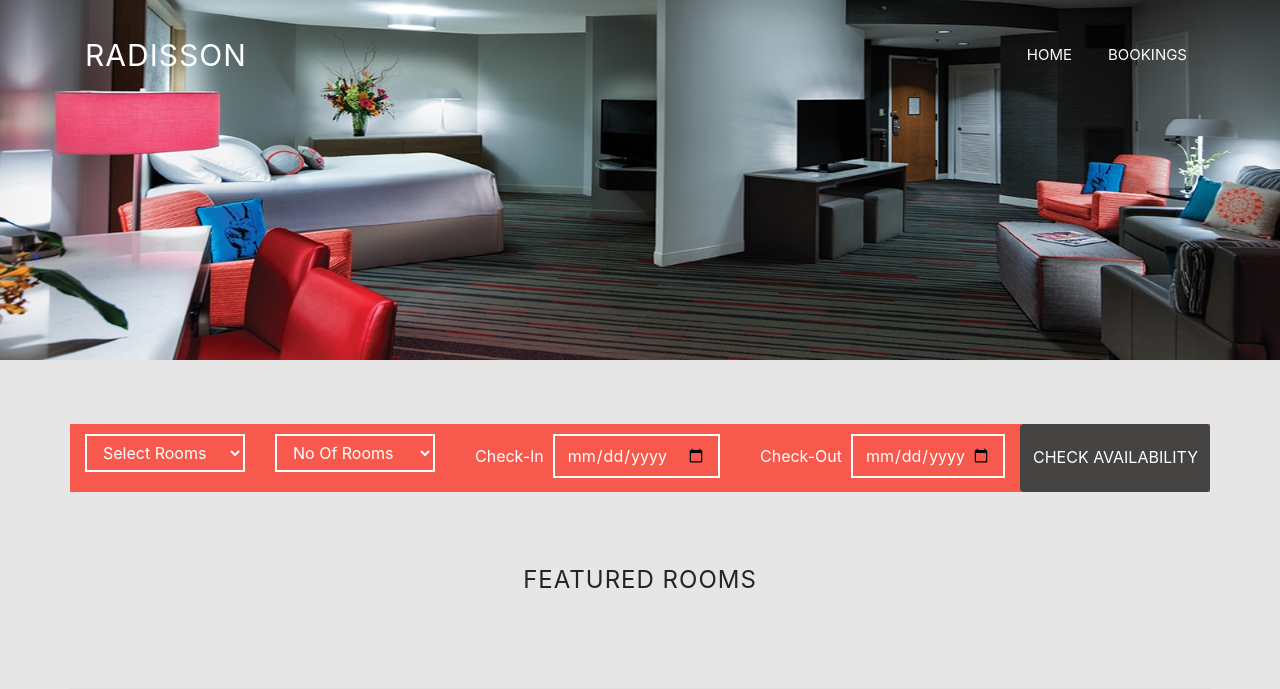
Repository: kapsky5/HotelManagement
Page: rooms.html
An editor plug-in stored every save of this project. The page is shown before and after the next save, followed by the edit.
The browser window is 1280 px wide. The pictures show the part of the page from y = 0 to 689 px (the page is 2056 px tall).
Pictures or frames that could not be fetched are drawn as grey boxes. Some web libraries are served in a nearby version.

Above is the page before, as saved 2019-11-08 09:04:03.

After the next save:
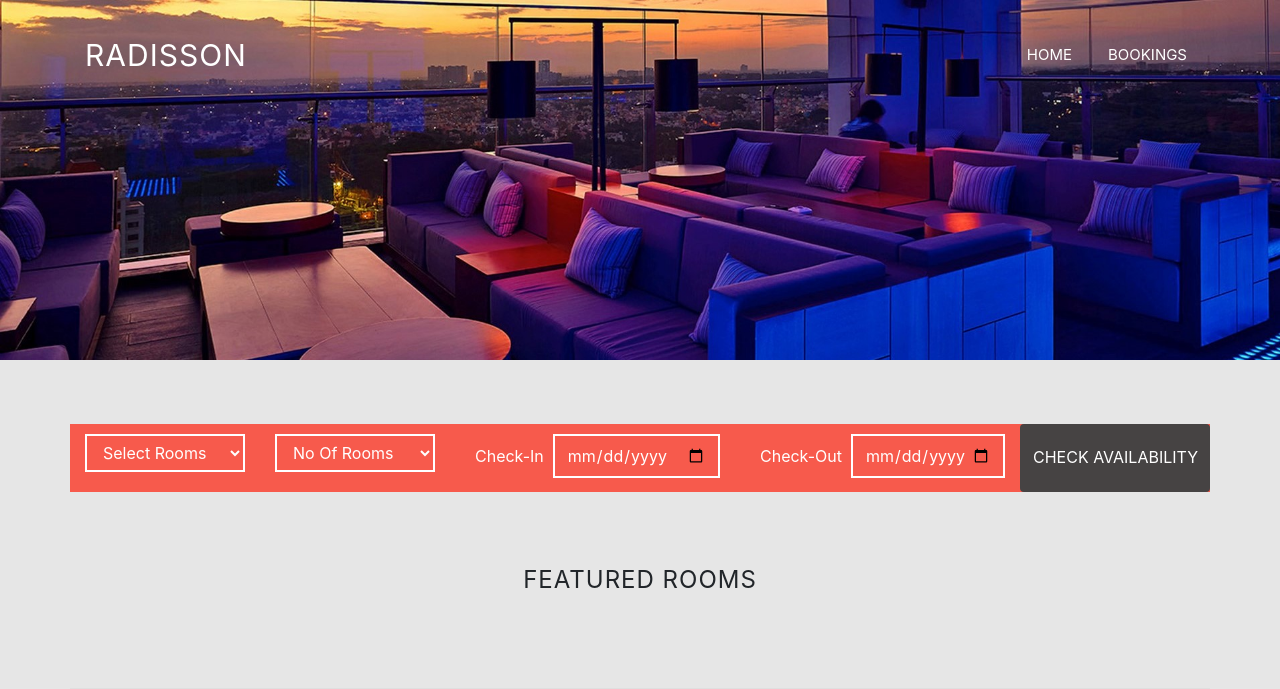
Saved 2 min 55 s later.
--- a/rooms.html
+++ b/rooms.html
@@ -32,7 +32,7 @@
     </nav>
 
     <div>
-        <img src="./images/cover1.jpg" class="image">
+        <img src="./images/trial3.jpg" class="image">
     </div>
 
     <div class="containerz">
